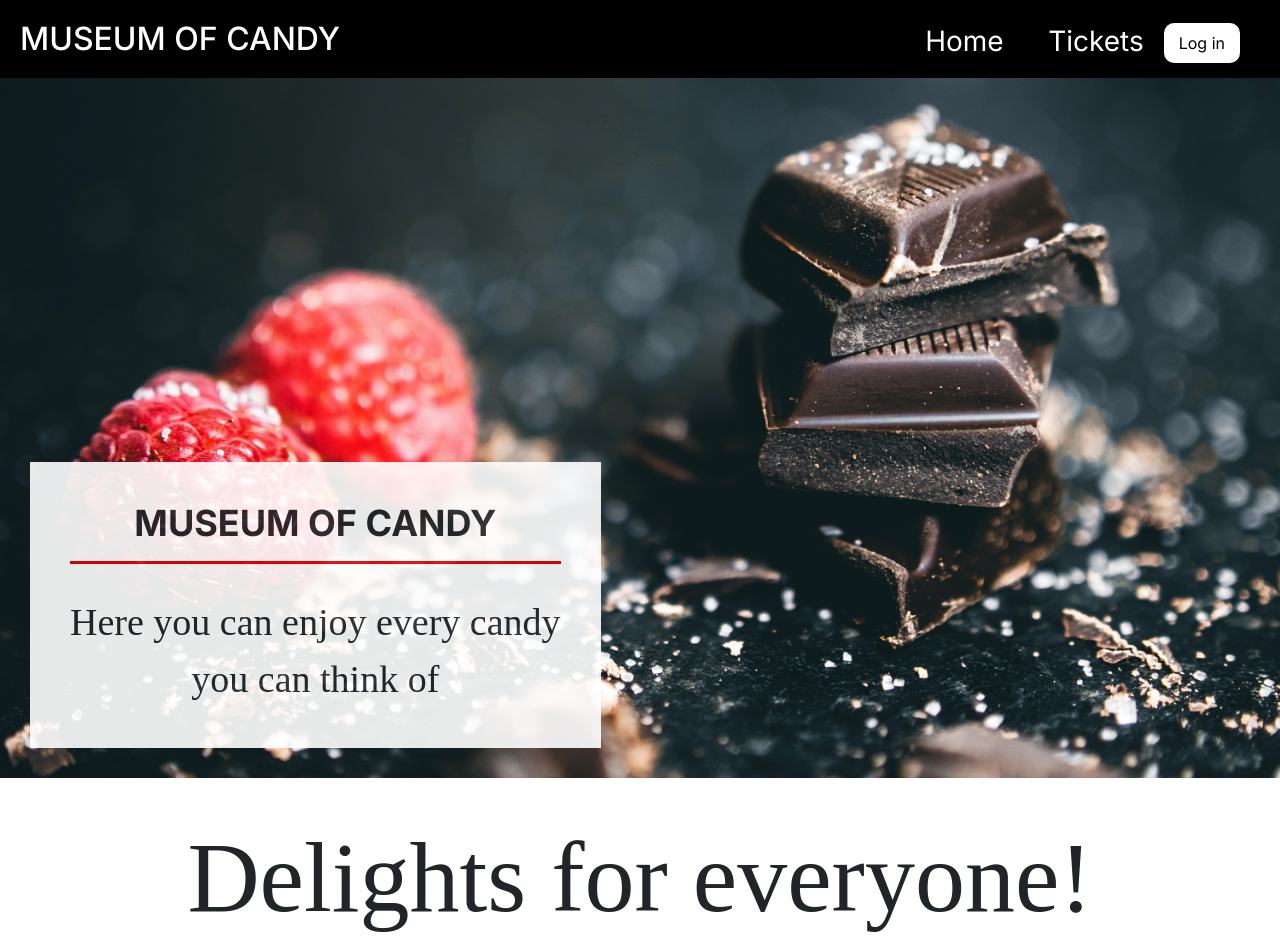
Repository: m-koparanova/MuseumOfCandy
Page: index.html
These files come from the project's save history. The page is drawn as it stood at one moment and after the next save; the edit follows.
The browser window is 1280 px wide. The pictures show the part of the page from y = 0 to 952 px (the page is 1418 px tall).
Some web fonts or font styles are not loaded; a fallback is used.

Above is the page before, as saved 2023-03-05 21:13:31.

### index.html
<!DOCTYPE html>
<html lang="en">
<head>
    <meta charset="UTF-8">
    <meta http-equiv="X-UA-Compatible" content="IE=edge">
    <meta name="viewport" content="width=device-width, initial-scale=1.0">
    <title>Document</title>
    <link rel="stylesheet" href="https://cdn.jsdelivr.net/npm/bootstrap@4.6.2/dist/css/bootstrap.min.css" integrity="sha384-xOolHFLEh07PJGoPkLv1IbcEPTNtaed2xpHsD9ESMhqIYd0nLMwNLD69Npy4HI+N" crossorigin="anonymous">

    <link rel="stylesheet" href="style.css">

</head>
<body>
    <nav class="nav-bar">
        <h2 class="logo">MUSEUM OF CANDY</h2>
        <div class="top-nav">

            <ul>
                <li class="nav"><a href="#">Home</a></li>
                <li class="nav"><a href="#">Tickets</a></li>
            </ul>
            <button class="button">Log in</button>
        </div>

    </nav>

    <tbody>
        <div class="image-container">
            <img src="pics\pexels-lisa-fotios-918327.jpg" alt="" class="image">
            <div class="text-container">
                <h3>MUSEUM OF CANDY</h3>
                <hr>
                <p>Here you can enjoy every candy<br>you can think of</p>
            </div>
        </div>

        <div>
            <h2 class="delights-text" id="delights-text">Delights for everyone!</h2>
        </div>

        <div class="gallery">
            <img src="C:\Users\Magda\Desktop\code\pics\pexels-anna-tukhfatullina-food-photographerstylist-2638026.jpg" alt="" width="280" height="355">
            <img src="C:\Users\Magda\Desktop\code\pics\pexels-photo-1775285.webp" alt="" width="280" height="355">
            <img src="C:\Users\Magda\Desktop\code\pics\resized-cookie.jpg" alt="" width="280" height="355">
        </div>
    </tbody>


    <script src="https://cdn.jsdelivr.net/npm/jquery@3.5.1/dist/jquery.slim.min.js" integrity="sha384-DfXdz2htPH0lsSSs5nCTpuj/zy4C+OGpamoFVy38MVBnE+IbbVYUew+OrCXaRkfj" crossorigin="anonymous"></script>
    <script src="https://cdn.jsdelivr.net/npm/bootstrap@4.6.2/dist/js/bootstrap.bundle.min.js" integrity="sha384-Fy6S3B9q64WdZWQUiU+q4/2Lc9npb8tCaSX9FK7E8HnRr0Jz8D6OP9dO5Vg3Q9ct" crossorigin="anonymous"></script>

</body>
</html>

### style.css
@import url('https://fonts.googleapis.com/css2?family=Inter:wght@100;200;300;400;500;600;700;800;900&display=swap');
@import url('https://fonts.googleapis.com/css2?family=Italianno&display=swap');


*{
    margin: 0;
    padding: 0;
}

.nav-bar{
    background: black;
}

.logo {
    font-family: 'Inter', sans-serif, bold;
    color: white;
    position: absolute;
    margin-top: 20px;
    margin-left: 20px;
}

.top-nav{
    display: flex;
    align-items: end;
    justify-content: end;
    padding-top: 20px;
    padding-left: 20px;

}

.top-nav ul li{
    display: inline-block;
    list-style-type: none;
    padding-left: 20px;
    padding-right: 20px;
    font-family: 'Inter', sans-serif;
    font-size: 28px;
}

.top-nav ul li a{
    text-decoration: none;
    color: white;
}

.top-nav ul li a:hover{
    color: rgb(215, 5, 5);
    transition: .3s;
}

.button{
    border: none;
    background: white;
    border-radius: 10px;
    padding: 8px 15px 8px 15px;
    margin-right: 30px;
    margin-right: 40px;
    margin-bottom: 15px;
    font-family: 'Inter', sans-serif;
    text-align: center;
}

.button:hover{
    background: rgb(215, 5, 5);
    color: white;
}

.image-container {
    position: relative;
    text-align: center;
}

.image{
    object-fit: cover;
    width: 100%;
    height: 700px;
}

.text-container{
    position: absolute;
    bottom: 30px;
    left: 30px;
    background: white;
    opacity: 90%;
    padding: 40px 40px 40px 40px ;
}

.image-container div hr{
    border-width: 3px;
    opacity: 100%;
    background: red;
}
.image-container div h3{
    font-family: "Inter", sans-serif;
    font-size: 36px;
    font-weight: 700;
}

.image-container div p{
    font-family: 'Italianno', cursive;
    font-size: 38px;
    margin-top: 30px;
    margin-bottom: 0px;
}

.delights-text{
    font-family: 'Italianno', cursive;
    text-align: center;
    margin: 40px 0px 40px 0px;
    font-size: 100px;
}

.gallery{
    display: flex;
    justify-content: space-between;

}

.gallery img{
    width: 20%;
    margin: calc(20%/6);
}

After the next save:
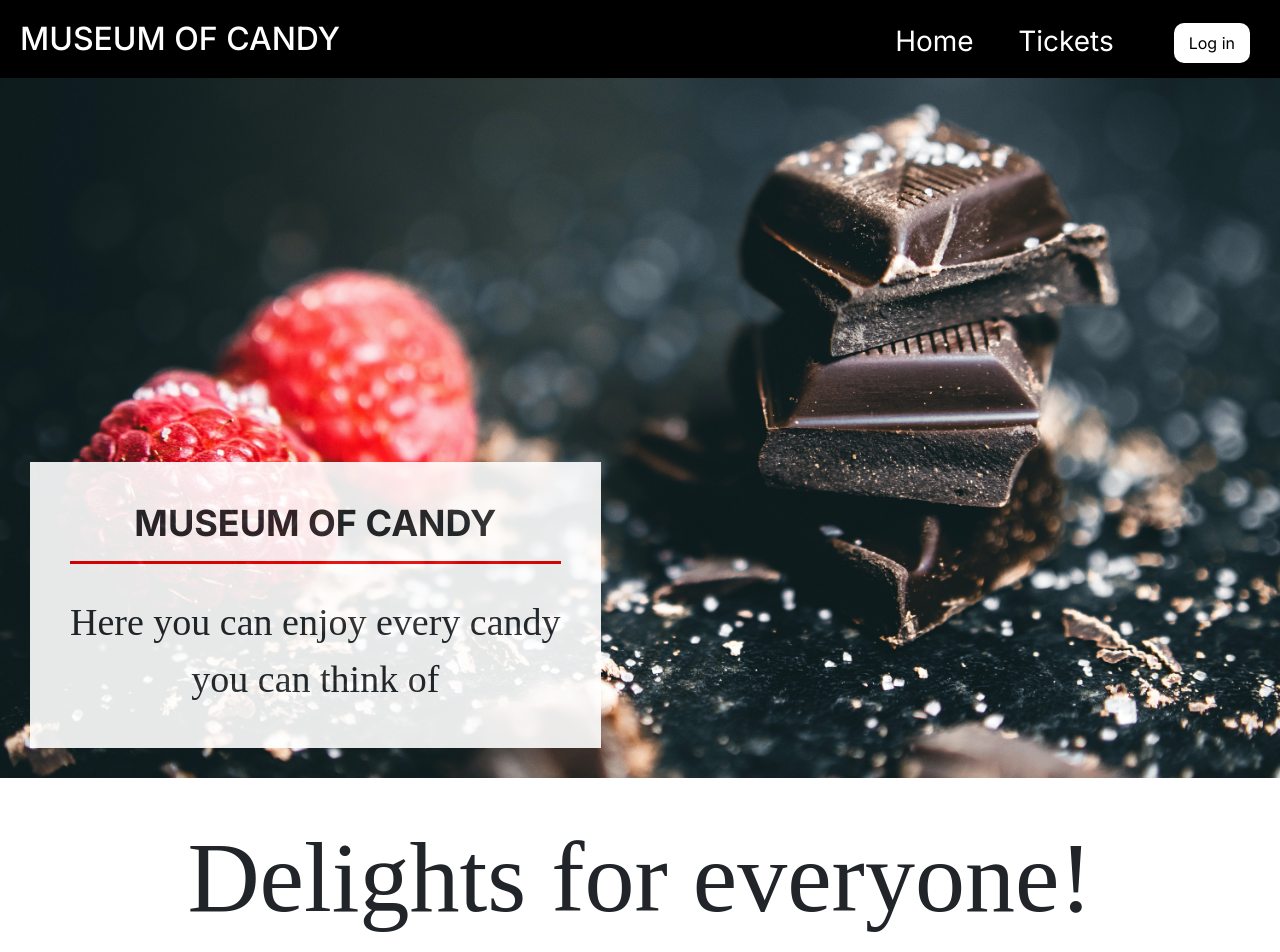
Saved 24 s later.
--- a/style.css
+++ b/style.css
@@ -53,7 +53,7 @@
     border-radius: 10px;
     padding: 8px 15px 8px 15px;
     margin-right: 30px;
-    margin-right: 40px;
+    margin-left: 40px;
     margin-bottom: 15px;
     font-family: 'Inter', sans-serif;
     text-align: center;
